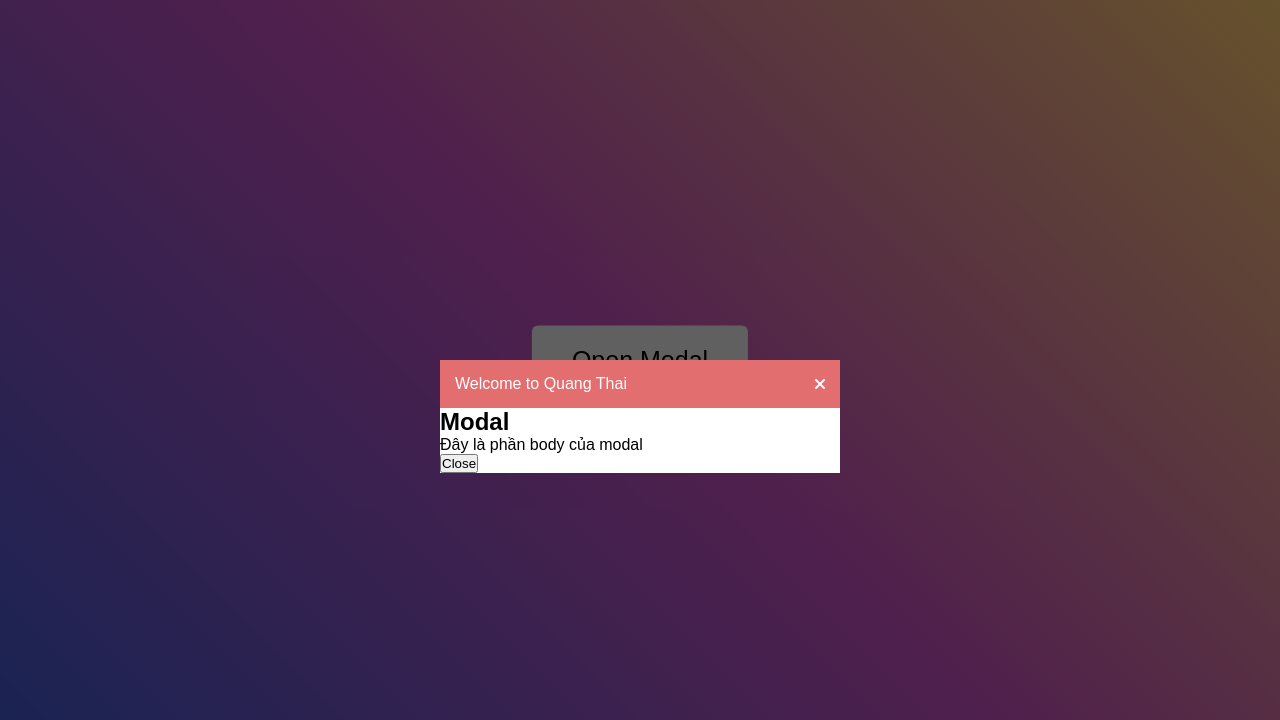
Repository: QUANGTHAI2003/modal
Page: index.html
An editor plug-in stored every save of this project. The page is shown before and after the next save, followed by the edit.
The browser window is 1280 px wide. The pictures show the whole page.

Above is the page before, as saved 2022-02-28 21:43:08.

### index.html
<!DOCTYPE html>
<html lang="en">

<head>
    <meta charset="UTF-8">
    <meta http-equiv="X-UA-Compatible" content="IE=edge">
    <meta name="viewport" content="width=device-width, initial-scale=1.0">
    <title>Modal show</title>
    <link rel="stylesheet" href="https://cdnjs.cloudflare.com/ajax/libs/font-awesome/6.0.0/css/all.min.css">
    <link rel="stylesheet" href="./style.css">
</head>

<body>
    <button class="open-modal-btn">Open Modal</button>
    <div class="modal">
        <div class="modal__inner">
            <div class="modal__header">
                <p>Welcome to Quang Thai</p>
                <i class="fas fa-times"></i>
            </div>
            <div class="modal__body">
                <h2>Modal</h2>
                <p>Đây là phần body của modal</p>
            </div>
            <div class="modal__footer">
                <button>Close</button>
            </div>
        </div>
    </div>
    <script src="./app.js"></script>
</body>

</html>

### style.css
:root {
    --pink-color: #e26e70;
}

* {
    margin: 0;
    padding: 0;
    box-sizing: border-box;
}

body {
    height: 100vh;
    overflow: hidden;
    font-family: sans-serif;
    background-image: linear-gradient(
        45deg,
        rgb(65, 88, 208) 0%,
        rgb(200, 80, 192) 50%,
        rgb(255, 204, 112) 100%
    );
}

.open-modal-btn {
    padding: 20px 40px;
    border: none;
    outline: none;
    border-radius: 6px;
    display: inline-block;
    position: relative;
    top: 50%;
    left: 50%;
    transform: translate(-50%, -50%);
    font-size: 25px;
}

.modal {
    position: fixed;
    top: 0;
    height: 100vh;
    width: 100vw;
    background: rgba(0, 0, 0, 0.6);
}

.modal__inner {
    width: 400px;
    position: relative;
    top: 50%;
    margin: 0 auto;
    background: white;
}

.modal__header {
    display: flex;
    justify-content: space-between;
    align-items: center;
    padding: 15px;
    background: var(--pink-color);
    color: white;
}

Loaded but not shown: app.js (no stored copy; drawn as an empty file)

After the next save:
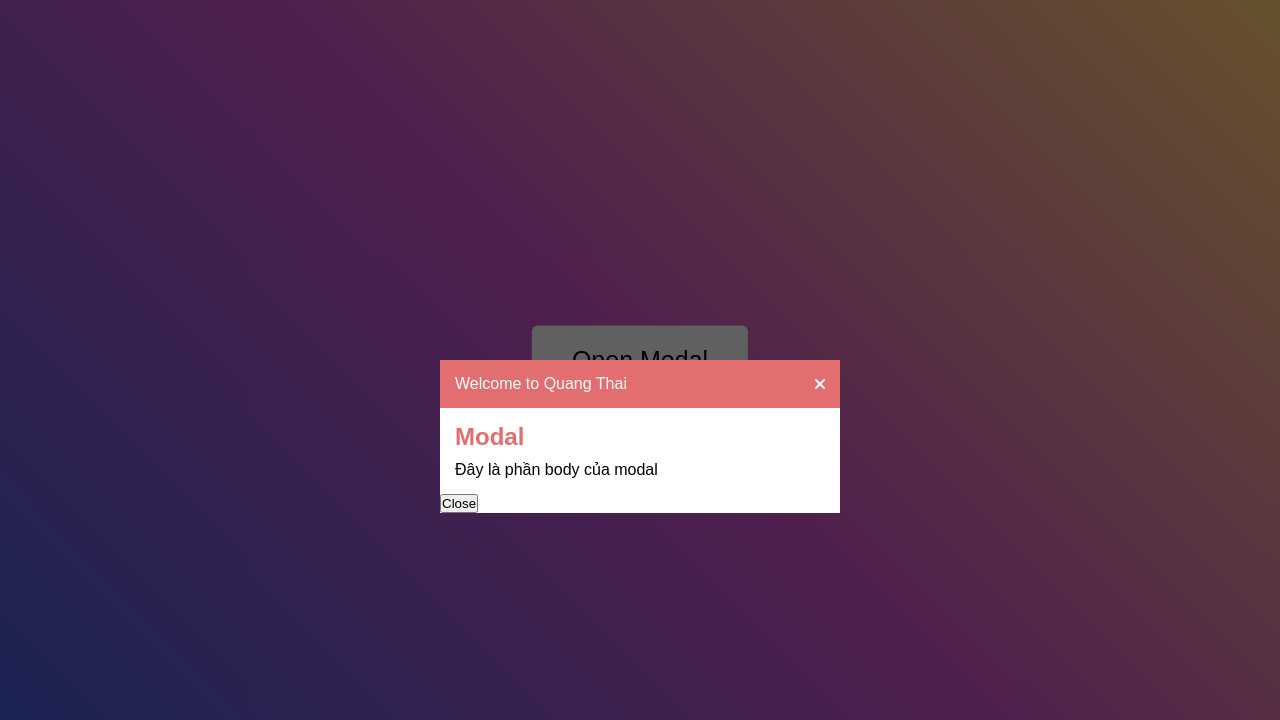
Saved 49 s later.
--- a/style.css
+++ b/style.css
@@ -57,3 +57,12 @@ body {
     background: var(--pink-color);
     color: white;
 }
+
+.modal__body {
+    padding: 15px;
+}
+
+.modal__body h2 {
+    color: var(--pink-color);
+    margin-bottom: 10px;
+}
